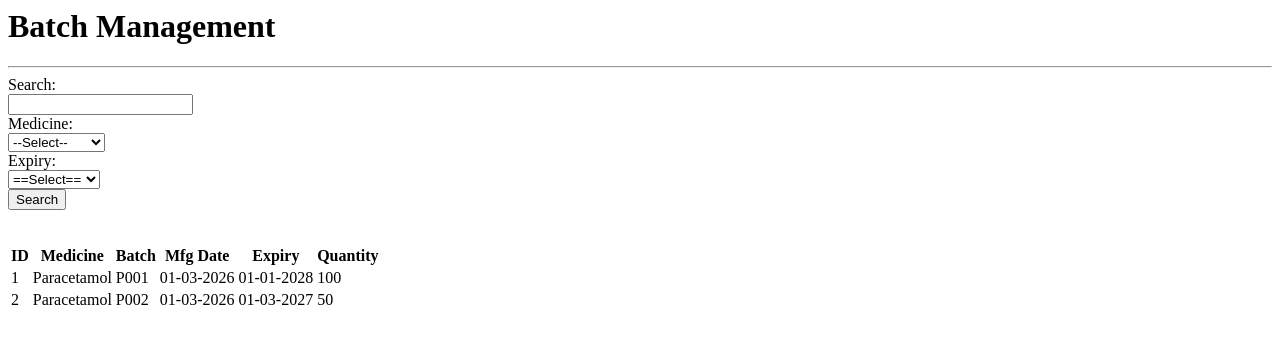
Repository: AbHiShEk200428/Medicine-Manager
Page: batch_management.html
These files come from the project's save history. The page is drawn as it stood at one moment and after the next save; the edit follows.
The browser window is 1280 px wide. The pictures show the whole page.

Above is the page before, as saved 2026-10-28 16:54:24.
Console error: ReferenceError: $ is not defined

After the next save:
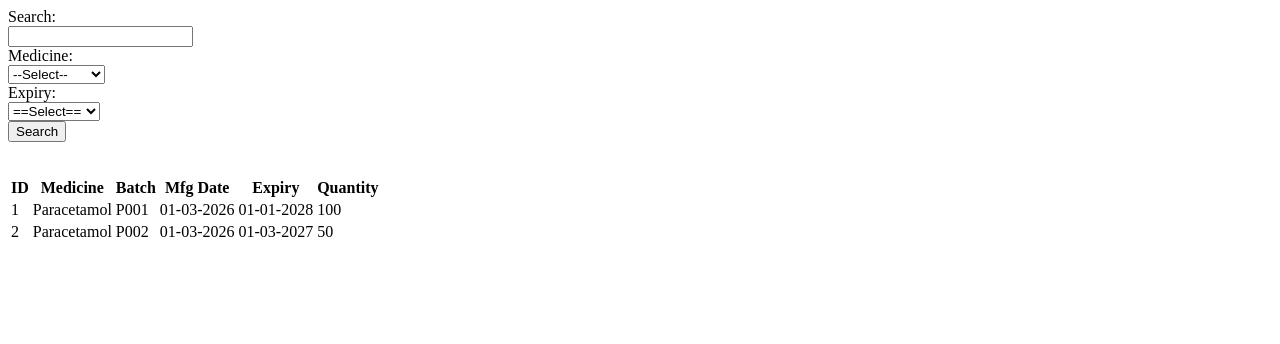
Saved 4 s later.
--- a/batch_management.html
+++ b/batch_management.html
@@ -1,6 +1,4 @@
 
-    <h1 id="Menubar_Call">Batch Management</h1>
-    <hr>
     <div style="text-align: left;">
 
     <label for="Search_input">Search:</label>
